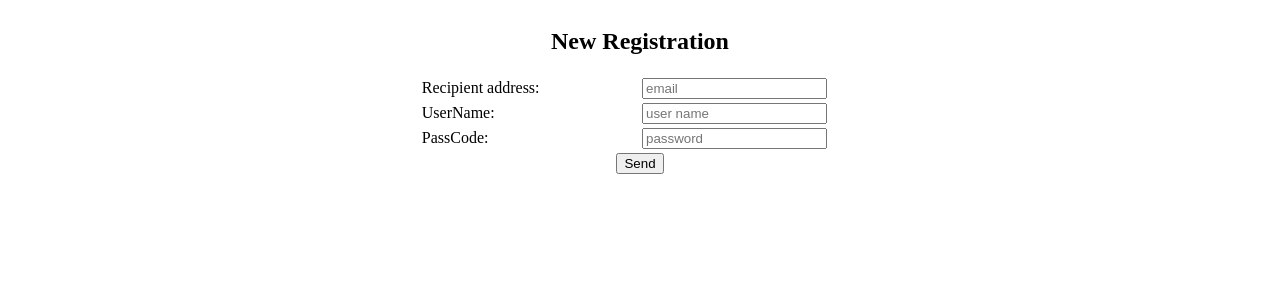
Repository: UnforgivenZZZ/bulldog
Page: http://localhost/bulldog/EmailForm.jsp
An editor plug-in stored every save of this project. The page is shown before and after the next save, followed by the edit.
The browser window is 1280 px wide. The pictures show the whole page.
The page is served by Tomcat 9.

Above is the page before, as saved 2017-07-07 05:50:36.

After the next save:
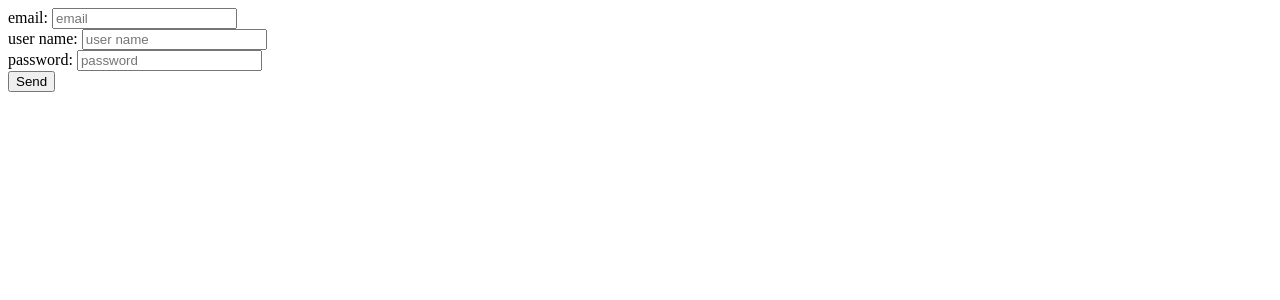
Saved 3 min 32 s later.
--- a/bulldog/WebContent/EmailForm.jsp
+++ b/bulldog/WebContent/EmailForm.jsp
@@ -8,24 +8,11 @@
 </head>
 <body>
     <form action="register" method="post">
-        <table border="0" width="35%" align="center">
-            <caption><h2>New Registration</h2></caption>
-            <tr>
-                <td width="50%">Recipient address: </td>
-                <td><input type="text" placeholder="email" name="contact"></td>
-            </tr>
-            <tr>
-                <td>UserName: </td>
-                <td><input type="text" placeholder="user name" name="username"></td>
-            </tr>
-            <tr>
-                <td>PassCode: </td>
-                <td><input type="text" placeholder="password" name="pin"></td>
-            </tr>
-            <tr>
-                <td colspan="2" align="center"><input type="submit" value="Send" action="EmailSendingServlet"/></td>
-            </tr>
-        </table>
+        email:  <input type="text" placeholder="email" name="contact"><br>
+		user name:  <input type="text" placeholder="user name" name="username"><br>
+		password: <input type="text" placeholder="password" name="pin"><br>
+
+		<input type="submit" value="Send"/></td>
 
     </form>
 </body>

After the save that followed:
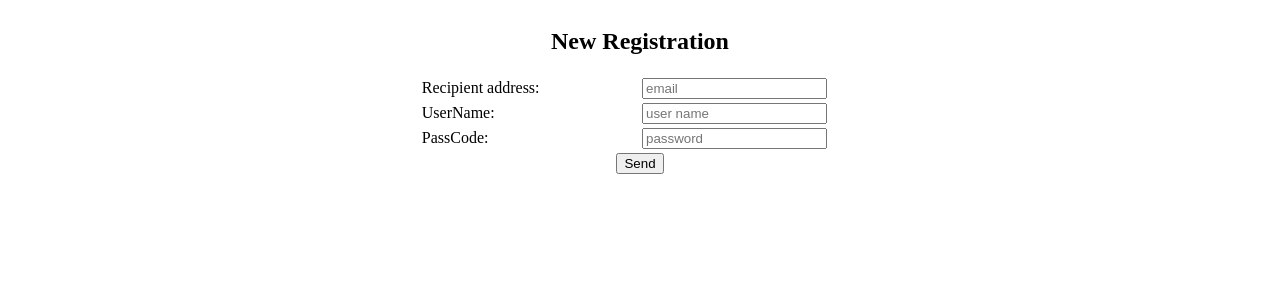
Saved 61 s later.
--- a/bulldog/WebContent/EmailForm.jsp
+++ b/bulldog/WebContent/EmailForm.jsp
@@ -8,11 +8,24 @@
 </head>
 <body>
     <form action="register" method="post">
-        email:  <input type="text" placeholder="email" name="contact"><br>
-		user name:  <input type="text" placeholder="user name" name="username"><br>
-		password: <input type="text" placeholder="password" name="pin"><br>
-
-		<input type="submit" value="Send"/></td>
+        <table border="0" width="35%" align="center">
+            <caption><h2>New Registration</h2></caption>
+            <tr>
+                <td width="50%">Recipient address: </td>
+                <td><input type="text" placeholder="email" name="contact"></td>
+            </tr>
+            <tr>
+                <td>UserName: </td>
+                <td><input type="text" placeholder="user name" name="username"></td>
+            </tr>
+            <tr>
+                <td>PassCode: </td>
+                <td><input type="text" placeholder="password" name="pin"></td>
+            </tr>
+            <tr>
+                <td colspan="2" align="center"><input type="submit" value="Send"/></td>
+            </tr>
+        </table>
 
     </form>
 </body>
